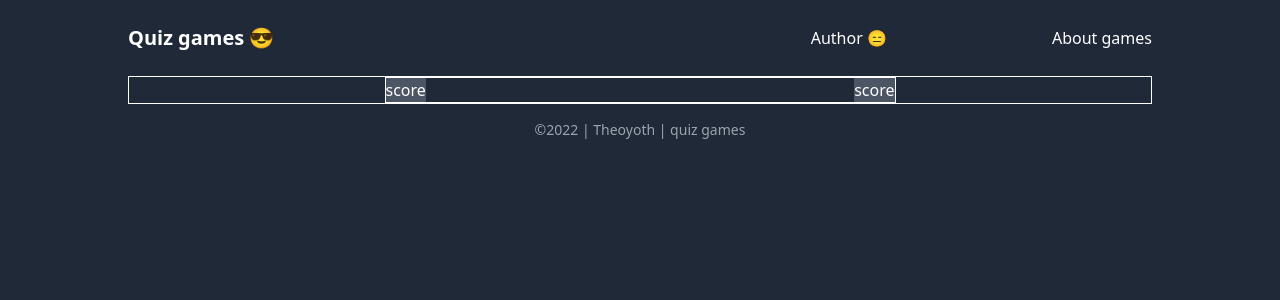
Repository: theoyoth/quiz-game
Page: /game
These files come from the project's save history. The page is drawn as it stood at one moment and after the next save; the edit follows.
The browser window is 1280 px wide. The pictures show the whole page.
The page's requests for data from a server got no answer. The project was rebuilt for these pictures with package versions that can differ from the ones it lists, and the page was loaded fresh each time. The framework's server and built-in components were replaced by stand-ins that run in the browser. No one was signed in, and anything a server would have sent is missing. Also part of the build but not shown: nuxt.config.js, layouts/404.vue, layouts/error.vue, layouts/errorLayout.vue. Imported but missing from the stored project, and not drawn on this page: components/EndPage.vue.

Above is the page before, as saved 2022-06-16 15:33:54.

After the next save:
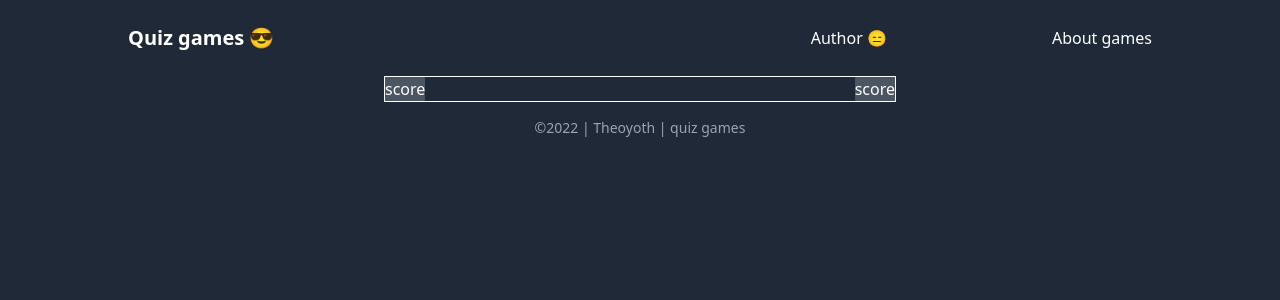
Saved 9 s later.
--- a/pages/game.vue
+++ b/pages/game.vue
@@ -1,7 +1,7 @@
 <template>
   <div  class="mt-6">
     <Loading v-if="$fetchState.pending"/>
-    <div v-else class="w-full grid grid-cols-1 place-items-center border border-white border-1">
+    <div v-else class="w-full grid grid-cols-1 place-items-center">
       <div class="xl:w-1/2 lg:w-3/4 sm:w-11/12 md:w-2/3 border border-white border-1">
         <div class="w-full flex justify-between">
           <div class="bg-gray-600">score</div>
